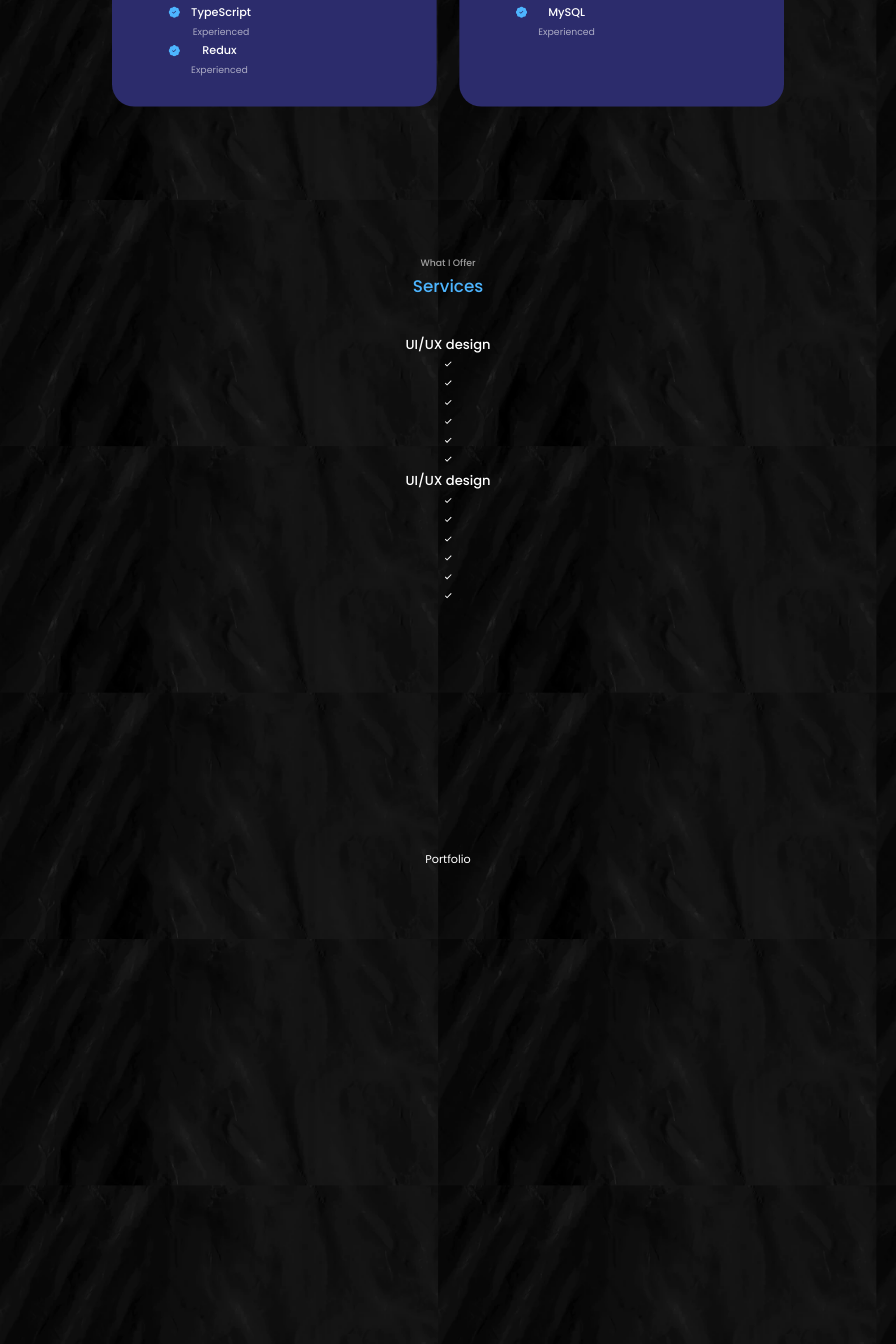
Repository: mayuri2018/Mr_react_portfolio
Page: /
The author's editor kept a copy of each file at every save. The page is drawn from the files as they stood at one save, then again after the next save.
The browser window is 1280 px wide. The pictures show the part of the page from y = 2178 to 4098 px (the page is 5835 px tall), at 70% of full size.
The project was rebuilt for these pictures with package versions that can differ from the ones it lists, and the page was loaded fresh each time. Also part of the build but not shown: src/components/services/services.css, src/components/portfolio/portfolio.css, src/components/testimonials/testimonials.css, src/components/contact/contact.css, src/components/footer/footer.css.

Above is the page before, as saved 2023-01-25 14:49:01.

After the next save:
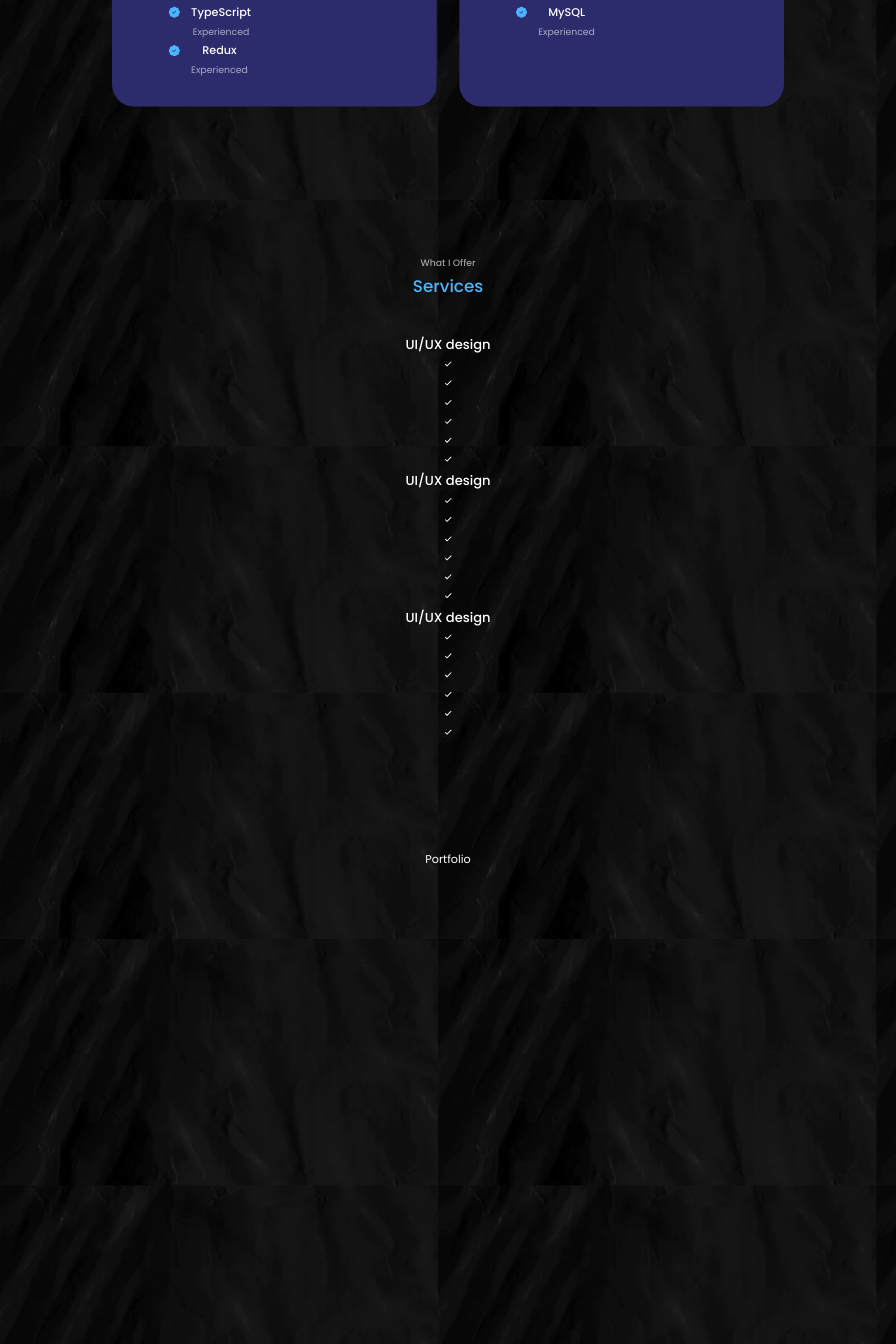
Saved 26 s later.
--- a/src/components/services/Services.jsx
+++ b/src/components/services/Services.jsx
@@ -72,6 +72,38 @@
                     </ul>
                 </article>
                 {/*End of Frontend */}
+                <article className="service">
+                    <div className="service_head">
+                        <h3>UI/UX design</h3>
+                    </div>
+                    <ul className="service_list">
+                        <li>
+                            <BiCheck className="service_list-icon"/>
+                            <p></p>
+                        </li>
+                        <li>
+                            <BiCheck className="service_list-icon"/>
+                            <p></p>
+                        </li>
+                        <li>
+                            <BiCheck className="service_list-icon"/>
+                            <p></p>
+                        </li>
+                        <li>
+                            <BiCheck className="service_list-icon"/>
+                            <p></p>
+                        </li>
+                        <li>
+                            <BiCheck className="service_list-icon"/>
+                            <p></p>
+                        </li>
+                        <li>
+                            <BiCheck className="service_list-icon"/>
+                            <p></p>
+                        </li>
+                    </ul>
+                </article>
+                {/*End of fullstack */}
             </div>
         </section>
     )
